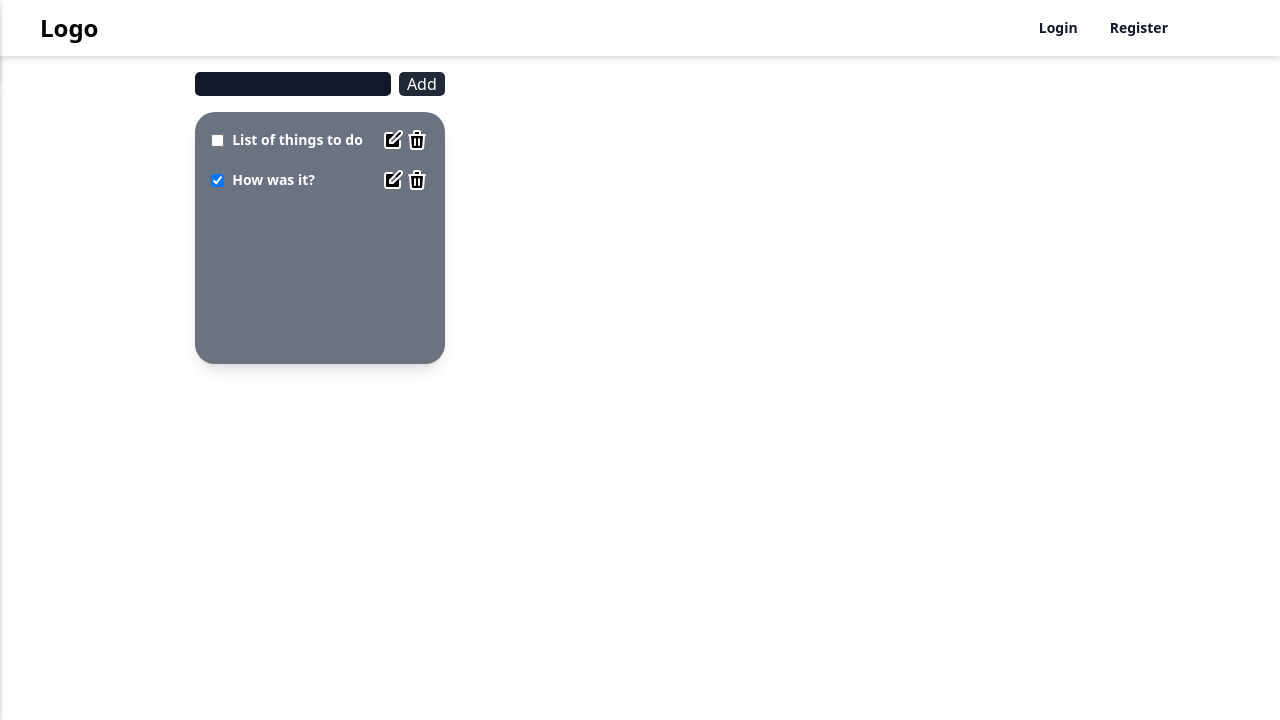
Repository: nation430/loginAuth-Nextjs
Page: /todos/TodoPage
An editor plug-in stored every save of this project. The page is shown before and after the next save, followed by the edit.
The browser window is 1280 px wide. The pictures show the whole page.
The project was rebuilt for these pictures with package versions that can differ from the ones it lists, and the page was loaded fresh each time. The framework's server and built-in components were replaced by stand-ins that run in the browser. Also part of the build but not shown: next.config.js.

Above is the page before, as saved 2022-06-07 10:25:39.

### pages/todos/TodoPage.js
import { useState } from "react";
import uniqud from "uniqid"; //npm install uniqid
import Todo from "./Todo";

const TodoPage = (props) => {
  const [todos, setTodos] = useState([
    {
      id: uniqud(),
      text: "List of things to do",
      completed: false,
    },

    {
      id: uniqud(),
      text: "How was it?",
      completed: true,
    },
  ]);
  const [value, setValue] = useState("");
  const addTodo = (e) => {
    e.preventDefault();
    const newTodos = [...todos];
    newTodos.push({
      id: uniqud(),
      completed: false,
      text: value,
    });
    setTodos(newTodos);
    setValue("");
  };
  return (
    <div className="w-[50%] h-[100vh] flex flex-col text-white p-2 items-center space-y-4">
      <h1 className="uppercase pt-6 font-bold text-gray-900">List Items</h1>
      <form onSubmit={addTodo} className="w-[40%] space-x-2 flex">
        <input
          className="bg-gray-900 outline-none text-[0.8em]
        rounded-[5px] flex-grow indent-4"
          value={value}
          onChange={(e) => setValue(e.target.value)}
        />
        <button className="bg-gray-800 px-2 rounded-[5px] active:bg-gray-600">
          Add
        </button>
      </form>

      <div className="w-[40%] min-h-[35vh] border-none flex flex-col relative bg-gray-500 shadow-lg rounded-[20px]">
        {todos.map(({ id, text, completed }) => {
          return (
            <Todo
              id={id}
              completed={completed}
              text={text}
              todos={todos}
              setTodos={setTodos}
            />
          );
        })}
      </div>
    </div>
  );
};

export default TodoPage;

### components/Layout.js
import Meta from "./Meta";
import Nav from "./Nav";

const Layout = (props) => {
  return (
    <>
      <Meta />
      <Nav />
      <div>
        <main className="">{props.children}</main>
      </div>
    </>
  );
};

export default Layout;

### styles/globals.css
html,
body {
  padding: 0;
  margin: 0;

}

a {
  color: inherit;
  text-decoration: none;
}

* {
  box-sizing: border-box;
}
@tailwind base;
@tailwind components;
@tailwind utilities;


.bg-img{
position: absolute;
width: 1440px;
height: 736px;
left: 0px;
top: 111px;

background: rgba(0, 0, 0, 0.45);

}

### pages/todos/Todo.js
import EditIcon from "../../components/EditIcon";
import DeleteIcon from "../../components/DeleteIcon";
import { useState } from "react";

const Todo = ({ id, text, completed, todos, setTodos }) => {
  const [editMode, setEditMode] = useState(false);
  const [editValue, setEditValue] = useState(text);
  const handleDelete = (e) => {
    e.preventDefault();
    let newTodos = [...todos];
    newTodos = newTodos.filter((el) => el.id !== id);
    setTodos(newTodos);
  };

  const handleEdit = (e) => {
    e.preventDefault();
    const newTodos = [...todos];
    const index = newTodos.findIndex((el) => el.id === id);
    newTodos[index] = {
      ...newTodos[index],
      text: editValue,
    };
    setTodos(newTodos);
    setEditValue("");
    setEditMode(false);
  };
  const handleCheckBox = (e) => {
    const newTodos = [...todos];
    const index = newTodos.findIndex((el) => el.id === id);
    newTodos[index] = {
      ...newTodos[index],
      completed: !newTodos[index].completed,
    };
    setTodos(newTodos);
  };
  return (
    <div className="flex w-[100%] text-[0.7em] justify-between px-4 pt-4 space-x-2 text-sm">
      <div className="flex items-center space-x-2 font-bold ">
        <input type="checkbox" checked={completed} onChange={handleCheckBox} />
        {editMode ? (
          <form onSubmit={handleEdit}>
            <input
              type="text"
              value={editValue}
              onChange={(e) => setEditValue(e.target.value)}
              className="bg-gray-800 outline-none px-2 w-[100%]"
            />
          </form>
        ) : (
          <div>{text}</div>
        )}
      </div>
      <div className="flex">
        <EditIcon
          className="w-6 hover:cursor-pointer
            hover:opacity-80 transition-all"
          onClick={(e) => setEditMode(true)}
        />
        <DeleteIcon
          className="w-6 hover:cursor-pointer
             hover:opacity-80 transition-all"
          onClick={handleDelete}
        />
      </div>
    </div>
  );
};

export default Todo;

### components/Meta.js
import Head from "next/head";

const Meta = ({ title, keywords, description }) => {
  return (
    <Head>
      <meta
        name="viewport"
        content="width=device-width,
            initial-scale=1"
      />
      <meta name="keywords" content={keywords} />
      <meta name="description" content={description} />
      <meta charSet="utf-8" />
      <link rel="icon" href="/favicon.icon" />
      <title>{title}</title>
    </Head>
  );
};

Meta.defaultProps = {
  title: "todolist-app",
  keywords: "web development, programming",
  description: "todolist-app",
};
export default Meta;

### components/Nav.js
import Link from "next/link";
import { useState } from "react";

function NavLink({ to, children }) {
  return (
    <a href={to} className={`mx-4 `}>
      {children}
    </a>
  );
}

function MobileNav({ open, setOpen }) {
  return (
    <div
      className={`absolute top-0 left-0 h-screen w-screen
        bg-white transform ${open ? "-translate-x-0" : "-translate-x-full"}
        transition-transform duration-300 ease-in-out
        filter drop-shadow-md text-mycolor3-600 font-bold text-xl`}
    >
      <div className="flex items-center justify-center filter drop-shadow-md bg-white h-20">
        {""}
      </div>
      <div className="flex flex-col ml-4 text-base space-y-4">
        <Link
          className=" font-normal   "
          href="/login"
          // onClick={() =>
          //   setTimeout(() => {
          //     setOpen(!open);
          //   }, 100)
          // }
        >
          Login
        </Link>
        <Link
          className="font-normal "
          href="/register"
          // onClick={() =>
          //   setTimeout(() => {
          //     setOpen(!open);
          //   }, 100)
          // }
        >
          Register
        </Link>
      </div>
    </div>
  );
}

const Nav = () => {
  const [open, setOpen] = useState(false);
  return (
    <div className="w-full fixed top-0 animated z-40 justify-between ">
      <nav className="flex  filter drop-shadow-md bg-white sm:px-10  py-4 h-14 items-center">
        <MobileNav open={open} setOpen={setOpen} />
        <div className="w-6/12 flex items-center">
          <a className="text-2xl font-semibold " href="/">
            <p>Logo</p>
          </a>
        </div>
        <div className=" w-6/12 flex justify-end mr-14 items-center">
          <div
            className="z-50 flex relative w-8 h-8 flex-col justify-between items-center md:hidden"
            onClick={() => {
              setOpen(!open);
            }}
          >
            {/* hamburger button */}
            <span
              className={`h-1 w-full bg-black rounded-lg transform transition duration-300 ease-in-out ${
                open ? "rotate-45 translate-y-3.5" : ""
              }`}
            />
            <span
              className={`h-1 w-full bg-black rounded-lg transition-all duration-300 ease-in-out ${
                open ? "w-0" : "w-full"
              }`}
            />
            <span
              className={`h-1 w-full bg-black rounded-lg transform transition duration-300 ease-in-out ${
                open ? "-rotate-45 -translate-y-3.5" : ""
              }`}
            />
          </div>

          <div className="hidden md:flex text-gray-900  font-semibold text-sm">
            <NavLink to="/login">Login</NavLink>
            <NavLink to="/register">Register</NavLink>
          </div>
        </div>
      </nav>
    </div>
  );
};

export default Nav;

### components/EditIcon.js
const EditIcon = props =>{
    return(
        <svg {...props} viewBox="0 0 24 24" stroke="currentColor">
        <path strokeLinecap="round" strokeLinejoin="round" strokeWidth={2} d="M11 5H6a2 2 0 00-2 2v11a2 2 0 002 2h11a2 2 0 002-2v-5m-1.414-9.414a2 2 0 112.828 2.828L11.828 15H9v-2.828l8.586-8.586z" />
       </svg>
    )
}


export default EditIcon;

### components/DeleteIcon.js
const DeleteIcon = props =>{
    return(
        <svg {...props} viewBox="0 0 24 24" stroke="currentColor">
        <path strokeLinecap="round" strokeLinejoin="round" strokeWidth={2} d="M19 7l-.867 12.142A2 2 0 0116.138 21H7.862a2 2 0 01-1.995-1.858L5 7m5 4v6m4-6v6m1-10V4a1 1 0 00-1-1h-4a1 1 0 00-1 1v3M4 7h16" />
      </svg>
    )
}


export default DeleteIcon;

Loaded but not shown: pages/_app.js (common file); tailwind.config.js (common file)

After the next save:
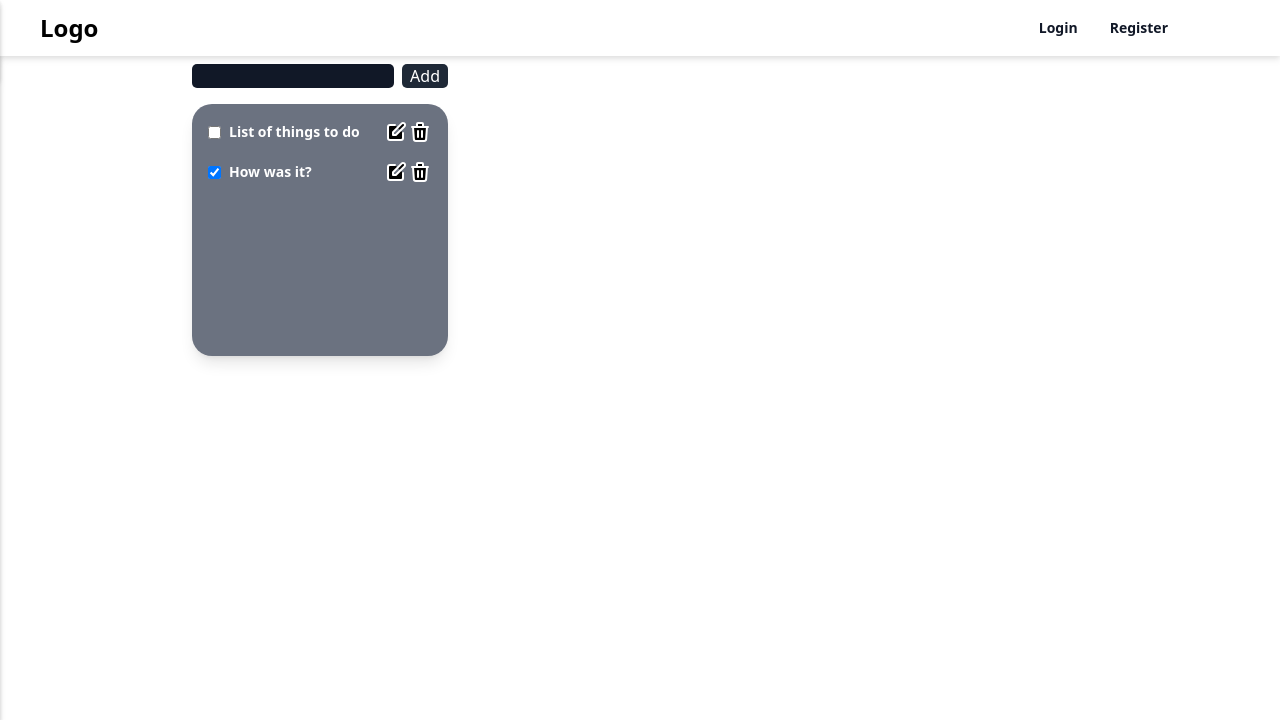
Saved 12 s later.
--- a/pages/todos/TodoPage.js
+++ b/pages/todos/TodoPage.js
@@ -29,7 +29,7 @@ const TodoPage = (props) => {
     setValue("");
   };
   return (
-    <div className="w-[50%] h-[100vh] flex flex-col text-white p-2 items-center space-y-4">
+    <div className="w-[50%] h-[100vh] flex flex-col text-white  items-center space-y-4">
       <h1 className="uppercase pt-6 font-bold text-gray-900">List Items</h1>
       <form onSubmit={addTodo} className="w-[40%] space-x-2 flex">
         <input
